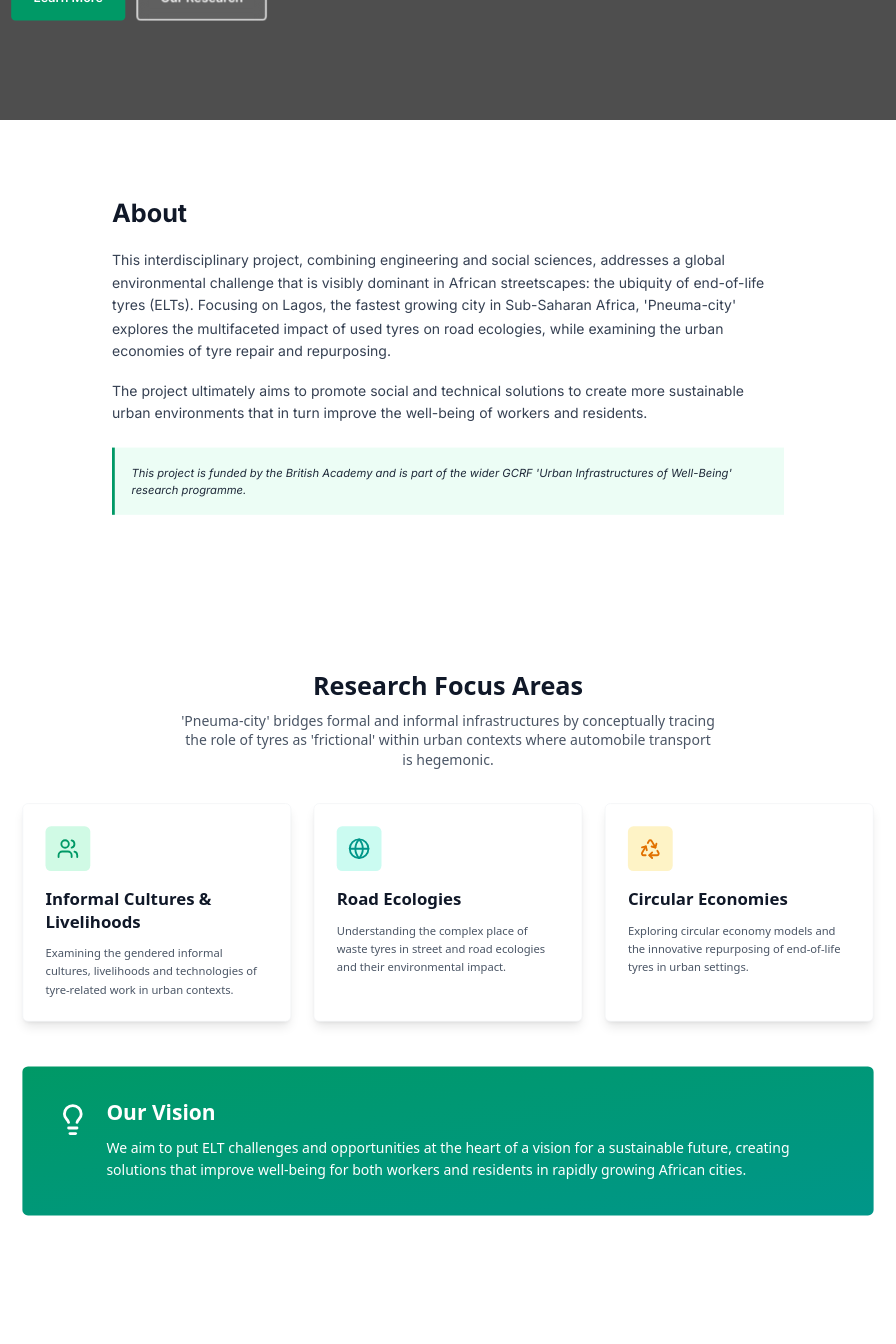
Repository: tiossdav/codesria
Page: /
The author's editor kept a copy of each file at every save. The page is drawn from the files as they stood at one save, then again after the next save.
The browser window is 1280 px wide. The pictures show the part of the page from y = 628 to 2548 px (the page is 5331 px tall before and 5251 px after), at 70% of full size.
Pictures or frames that could not be fetched are drawn as grey boxes. The project was rebuilt for these pictures with package versions that can differ from the ones it lists, and the page was loaded fresh each time. Also part of the build but not shown: vite.config.ts.

Above is the page before, as saved 2025-11-19 16:54:23.

After the next save:
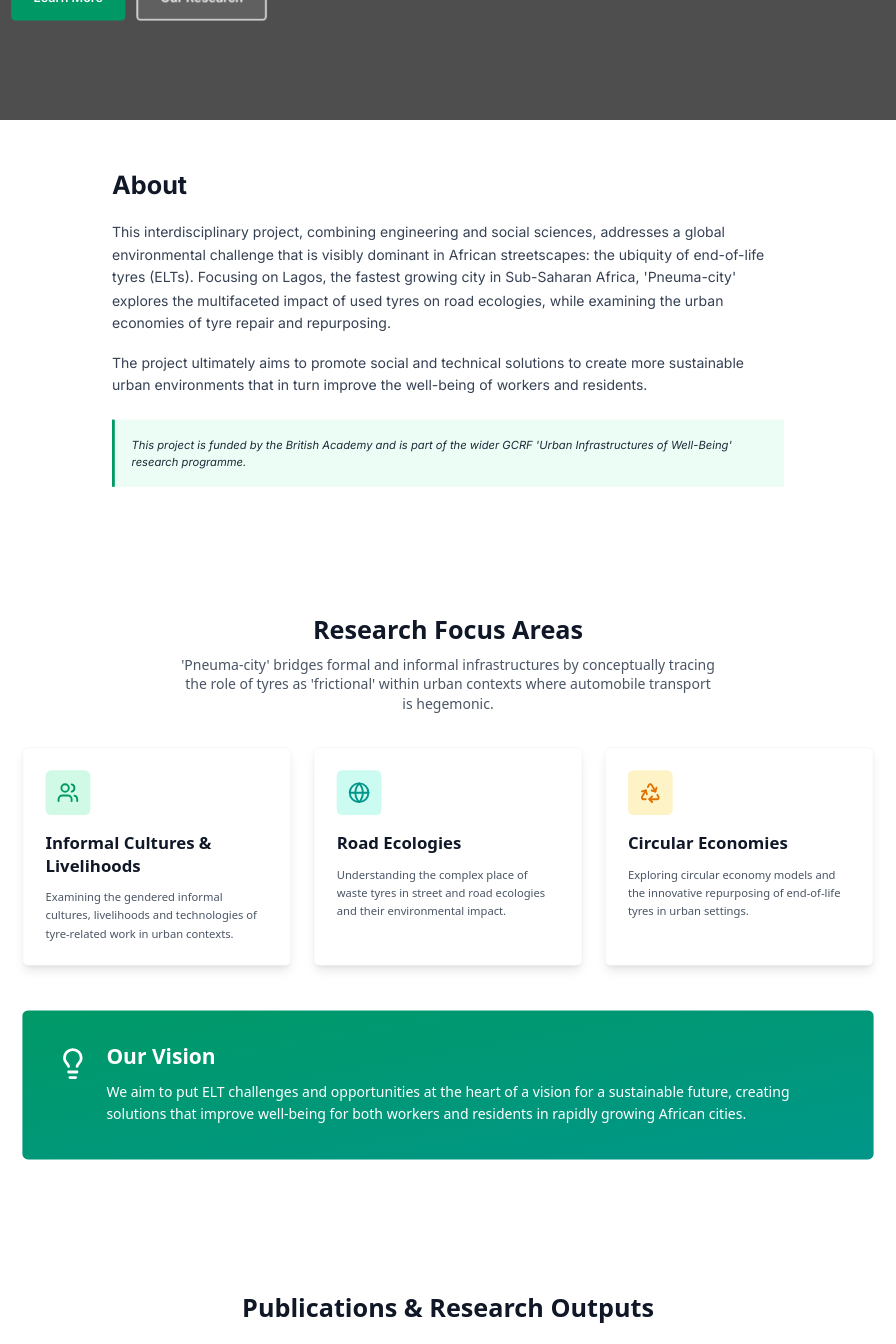
Saved 34 s later.
--- a/src/pages/About.tsx
+++ b/src/pages/About.tsx
@@ -1,6 +1,6 @@
 function About() {
   return (
-    <div className="max-w-5xl mx-auto mt-8 px-4 sm:px-6 lg:px-8 py-20 font-inter">
+    <div className="max-w-5xl mx-auto mt-8 px-4 sm:px-6 lg:px-8 py-10 font-inter">
       <h2 className="text-4xl font-bold text-gray-900 mb-8">About</h2>
       <div className="prose prose-lg max-w-none">
         <p className="text-xl text-gray-700 leading-relaxed mb-6">
